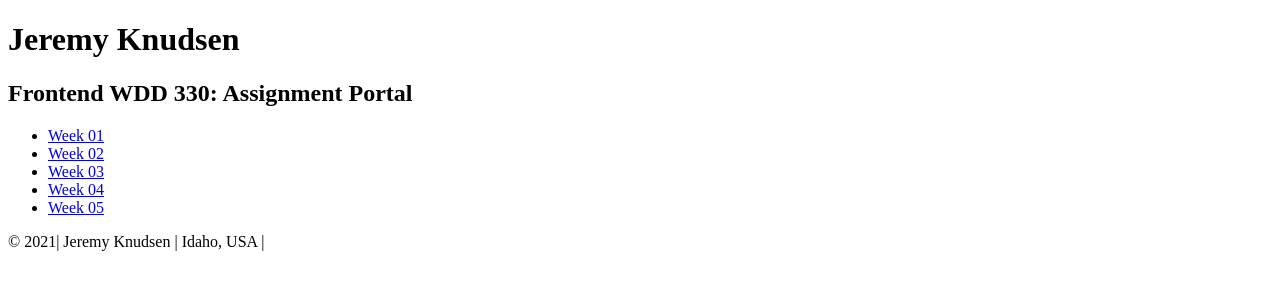
Repository: jknudsen97/WDD-330-Portfolio
Page: index.html
The author's editor kept a copy of each file at every save. The page is drawn from the files as they stood at one save, then again after the next save.
The browser window is 1280 px wide. The pictures show the whole page.

Above is the page before, as saved 2021-10-20 19:17:30.

### index.html
<!DOCTYPE html>
<html lang="en-US">
  <head>
    <meta charset="UTF-8" />
    <meta http-equiv="X-UA-Compatible" content="IE=edge" />
    <meta name="viewport" content="width=device-width, initial-scale=1.0" />
    <meta name="author" content="Jeremy Knudsen" />
    <script src="js/main.js" defer></script>
    <script src="js/script.js" defer></script>
    <link rel="stylesheet" href="css/style.css">
    <link rel="preconnect" href="https://fonts.googleapis.com" />
    <link rel="apple-touch-icon" sizes="180x180" href="/apple-touch-icon.png" />
    <link rel="icon" type="image/png" sizes="32x32" href="/favicon-32x32.png" />
    <link rel="icon" type="image/png" sizes="16x16" href="/favicon-16x16.png" />
    <link rel="mask-icon" href="/safari-pinned-tab.svg" color="#5bbad5" />
    <meta name="msapplication-TileColor" content="#da532c" />
    <meta name="theme-color" content="#ffffff" />
    <link rel="shortcut icon" href="/favicon.ico" />

    <title>Jeremy Knudsen Web Frontend 2: WDD330</title>
  </head>
  <body>
    <main>
      <header>
        <h1 class="nametitle">Jeremy Knudsen</h1>
      </header>

      <h2 class="assignmentheader">Frontend WDD 330: Assignment Portal</h2>
      <div id="assignments"></div>
      <footer>
        &copy; <span id="currentyear"></span>| Jeremy Knudsen | Idaho, USA |
      </footer>
    </main>
  </body>
</html>

### js/main.js
const requestLinks = "json/main.json";

fetch(requestLinks)
.then(function (response) {
  return response.json();
})
.then(function (jsObject){
  const weeks = jsObject['assignments'];
  console.log(weeks);

  let block = document.createElement('div');
  let ulList = document.createElement('ul');

  weeks.forEach( week => {
    let li = document.createElement('li');
    let a = document.createElement('a');
    a.setAttribute('href', week.url);
    a.textContent = week.label;
    li.append(a);
    ulList.append(li);
  })
  block.append(ulList)
  document.querySelector('#assignments').append(block);
})

### js/script.js
const date = new Date();
const options = {
      weekday: "long",
      month: "long",
      day: "numeric",
      year: "numeric",
    };
document.querySelector("#currentyear").innerHTML
= date.getFullYear();

### css/style.css
title{
    background-color: aquamarine;
}

### json/main.json
{
    "assignments": [

       {
          "label": "Week 01",
          "url": "week1/teamactivity.html"
       },

       {
        "label": "Week 02",
        "url": "week2/teamactivity.html"
       },

       {
         "label": "Week 03",
         "url": "week3/teamactivity.html"
      },

      {
         "label": "Week 04",
         "url": "week4/teamactivity.html"
      },

      {
         "label": "Week 05",
         "url": "week5/teamactivity.html"
      }

    ]
 }

After the next save:
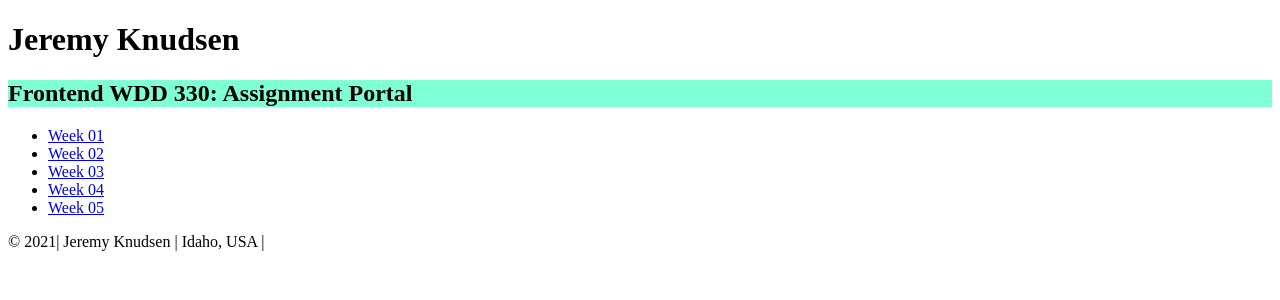
Saved 40 s later.
--- a/css/style.css
+++ b/css/style.css
@@ -1,3 +1,3 @@
-title{
+.assignmentheader{
     background-color: aquamarine;
 }
